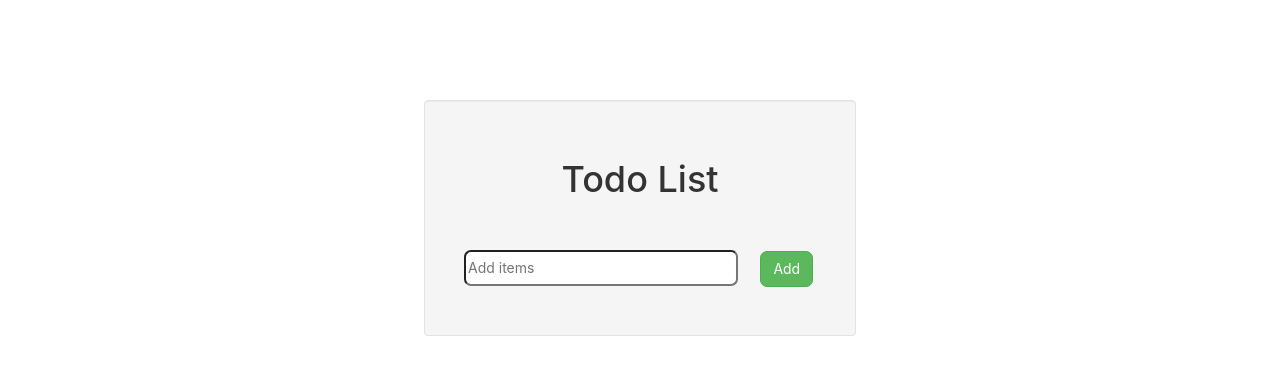
Repository: arpana23/Todo-list
Page: /
The author's editor kept a copy of each file at every save. The page is drawn from the files as they stood at one save, then again after the next save.
The browser window is 1280 px wide. The pictures show the whole page.
Some web libraries are served in a nearby version. The project was rebuilt for these pictures with package versions that can differ from the ones it lists, and the page was loaded fresh each time. Also part of the build but not shown: src/Todolist.js.

Above is the page before, as saved 2021-04-14 18:16:54.

After the next save:
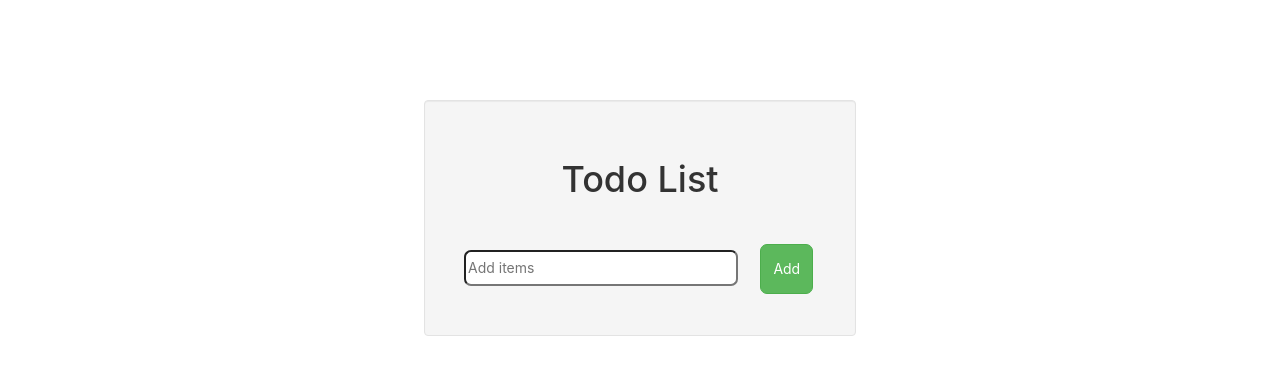
Saved 16 s later.
--- a/src/App.css
+++ b/src/App.css
@@ -30,6 +30,6 @@
 .btn {
   margin: 2px;
   /* width: 70%; */
-  height: 5vh;
+  height: 7vh;
   border-radius: 7px;
 }
